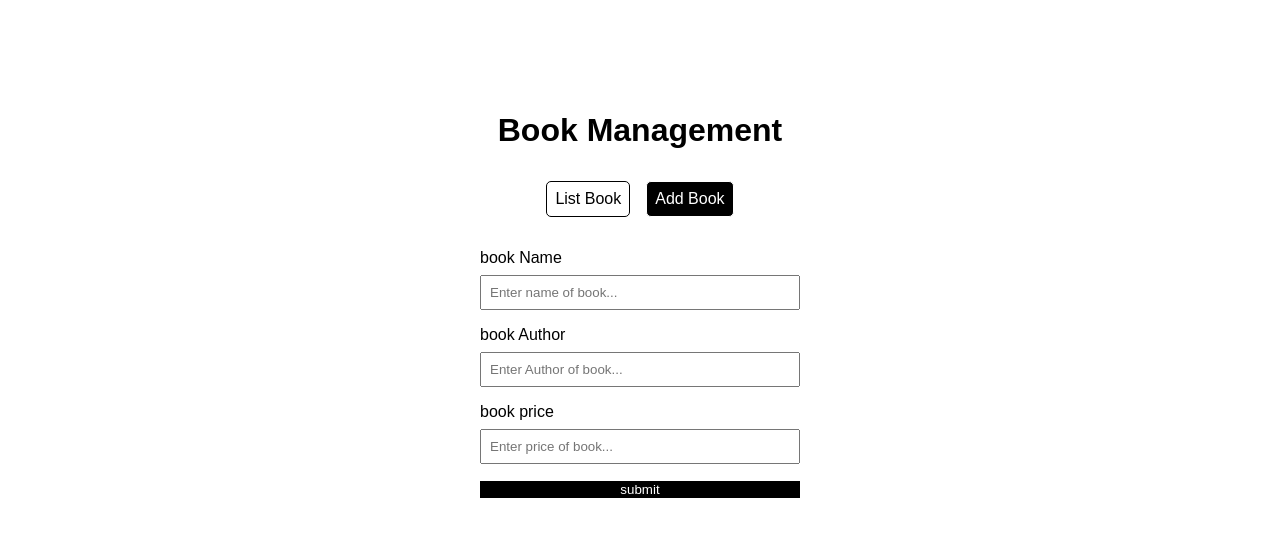
Repository: wakoya-tech/e-library-app1
Page: /add
An editor plug-in stored every save of this project. The page is shown before and after the next save, followed by the edit.
The browser window is 1280 px wide. The pictures show the whole page.
The project was rebuilt for these pictures with package versions that can differ from the ones it lists, and the page was loaded fresh each time. Also part of the build but not shown: vite.config.js, src/components/ListBook.jsx.

Above is the page before, as saved 2025-10-11 23:18:54.

### src/main.jsx
import React from 'react'
import ReactDOM from 'react-dom/client'
import { BrowserRouter } from 'react-router-dom'
import App from './App'
ReactDOM.createRoot(document.getElementById('root')).render(
  <React.StrictMode>
    <BrowserRouter>
    <App />
    </BrowserRouter>

  </React.StrictMode>,
)

### src/App.jsx
import './App.css';
import Header from './components/Header.jsx';
import { Routes, Route } from "react-router-dom";
import ListBook from './components/ListBook.jsx';
import AddBook from './components/AddBook.jsx';
import BookForm from './form/BookForm.jsx';
function App() {
  return (
    <div className="App">
      <Header />
    <Routes>
     < Route path='/' element={<ListBook/>}/>
     < Route path='/add' element={<AddBook/>}/>
    </Routes>
    </div>
  );
}

export default App;

### src/App.css
*{
  margin: 0;
  padding: 0;
  box-sizing: border-box;
}
body{
  font-family: Arial, Helvetica, sans-serif;
}
.container{
  max-width: 40rem;

  margin: 7rem auto 0;
}
header{
  text-align: center;

}
header nav{
  margin-top: 2rem;
  display: flex;
  justify-content: center;
  gap: 1rem;
}
header nav > a {
  text-decoration: none;
  border: 1px solid;
  padding: 0.5rem;
  border-radius: 5px;
  color: black;
}
header nav > .active{
  background: black;
  color: white;
}
.form{
  margin: 2rem auto;
  max-width: 20rem;
}
.inputField{
  display: flex;
  flex-direction: column;
  gap:0.5rem;
  margin-bottom:1rem;
}
.inputField input {
  padding: 0.5rem 1rem 0.5rem 0;
  text-indent: 0.5rem;
}
.form .btnForm {
background:  black;
border: 1px solid black;
color: white;
width: 100%;
}

### src/components/Header.jsx
import React from "react"
import { NavLink } from "react-router-dom"
import { BrowserRouter as Router, Routes, Route } from 'react-router-dom';
function Header(){
    const navigation =[
        {path:'/',name:'List Book'},
        { path:'/add', name:'Add Book'}
    ]
    return(<div className="container">
<header>
    <h1>Book Management</h1>
    <nav>
       {navigation.map(nav=>(
        <NavLink
       key={nav.name}
        to={nav.path}>
{nav.name}
        </NavLink>
       ))}
         </nav>
</header>
    </div>)
}
export default Header

### src/components/AddBook.jsx
import BookForm from "../form/BookForm.jsx"
const AddBook = () =>{
    const handleOnSubmit=()=>{
        console.log("Add new book");
    }
    return(
        <div className="addForm">
            <BookForm handleSubmit={handleOnSubmit}/>
        </div>

    )
}
export default AddBook

### src/form/BookForm.jsx


const  BookForm=({handleSubmit})=> {
const onSubmit=(e)=>{
    e.preventDefault();
    handleSubmit();
}
    const renderInputField = (label,placeholder,name)=>(
        <div className="inputField">

       <label>{label}</label>
            <input name={name} type="text" placeholder={placeholder} />
        </div>
    )
  return (
<form onSubmit={onSubmit} className="form">

{renderInputField('book Name ','Enter name of book...','name')}
{renderInputField('book Author ','Enter Author of book...','author')}
{renderInputField('book price' ,'Enter price of book...','price')}
<button type="submit"className="btnForm">submit</button>
</form>
  )
}

export default BookForm

Loaded but not shown: index.html (common file)

After the next save:
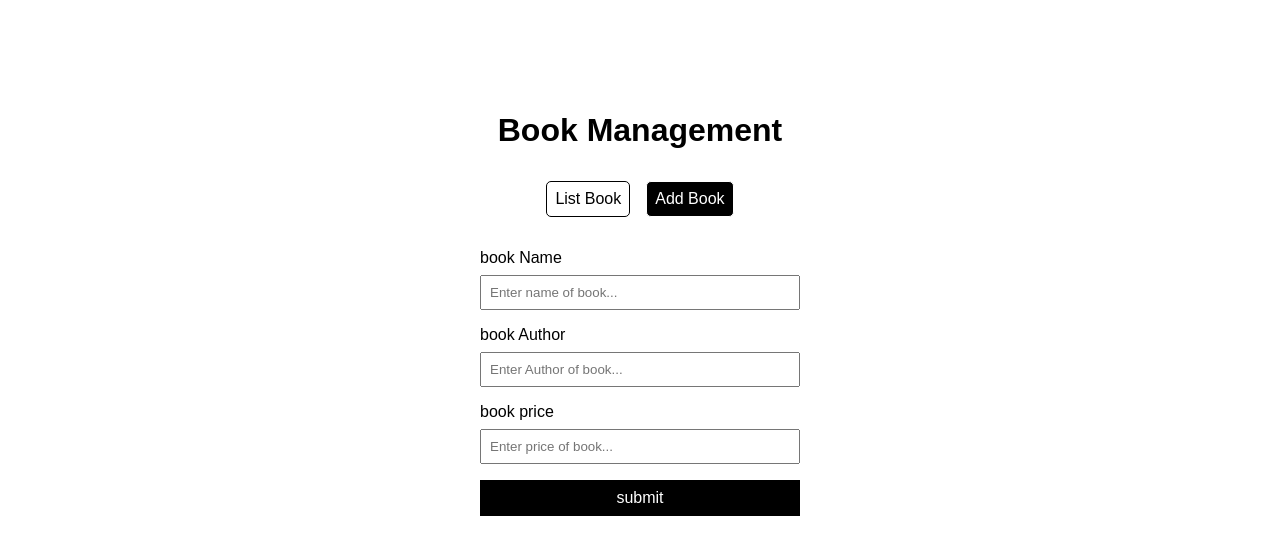
Saved 36 s later.
--- a/src/App.css
+++ b/src/App.css
@@ -51,4 +51,6 @@ background:  black;
 border: 1px solid black;
 color: white;
 width: 100%;
+padding: 0.5rem 1rem;
+font-size: 1rem;
 }
